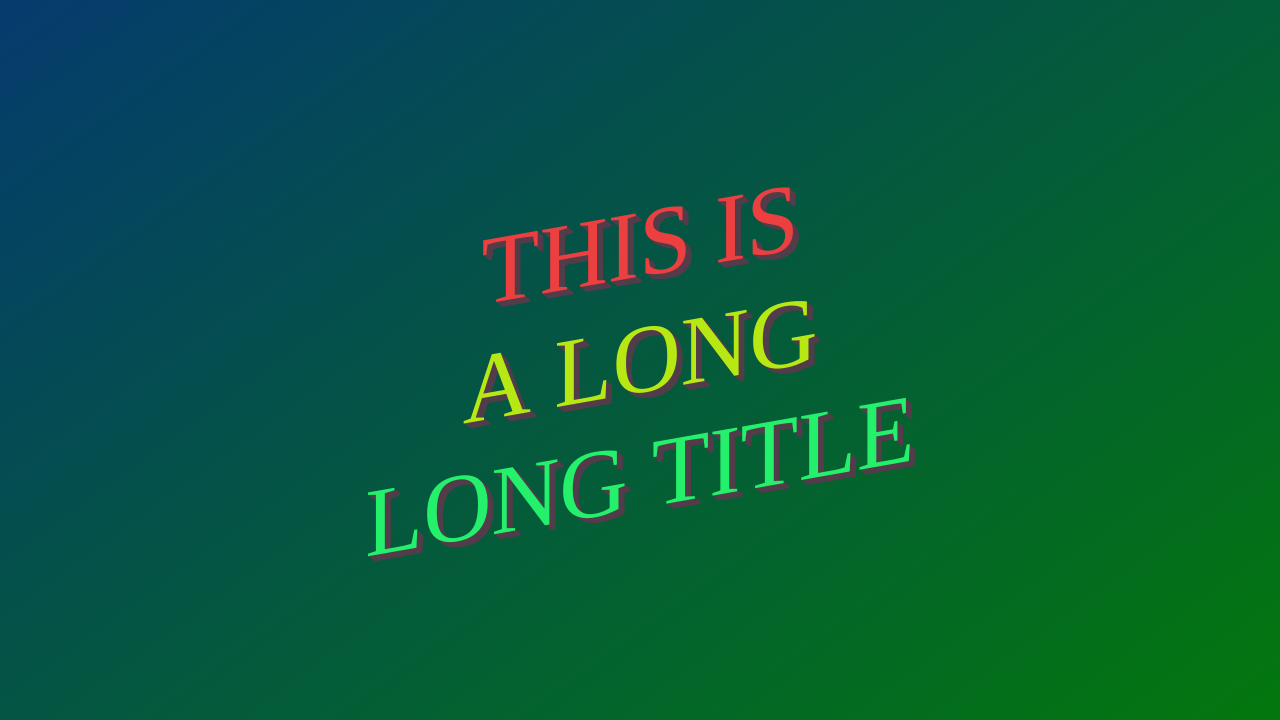
Repository: zuuo/--
Page: 文字入场动画1/index.html
The author's editor kept a copy of each file at every save. The page is drawn from the files as they stood at one save, then again after the next save.
The browser window is 1280 px wide. The pictures show the whole page.
The style sheet was rebuilt from its Sass, Less or Tailwind sources for each picture, by a compiler version that may differ from the author's.

Above is the page before, as saved 2024-03-03 21:17:33.

### 文字入场动画1/index.html
<!DOCTYPE html>
<html lang="en">

<head>
    <meta charset="UTF-8">
    <meta name="viewport" content="width=device-width, initial-scale=1.0">
    <title>文字入场动画1</title>
    <link rel="stylesheet" href="./style.css">
</head>

<body>
    <p class="title">THIS IS</p>
    <p class="title">A LONG</p>
    <p class="title">LONG TITLE</p>
</body>
<script src="index.js"></script>

</html>

### 文字入场动画1/index.js
const titleElements = document.querySelectorAll('.title');
titleElements.forEach(element => {
    let context = element.textContent;
    let spanElements = context.split('').map(letter => `<span>${letter.trim() ? letter : '&nbsp;'}</span>`).join('');
    element.innerHTML = spanElements;
});

### 文字入场动画1/style.less
body {
    padding: 0;
    margin: 0;
    background-image: linear-gradient(-36deg, #03770d, #053b6e);
    width: 100vw;
    height: 100vh;
    display: flex;
    justify-content: center;
    align-items: center;
    flex-direction: column;
    user-select: none;
}

.title {
    font-size: 96px;
    transform: rotate(-10deg);

    line-height: 1;
    margin: 10px 0;
    display: flex;

    &:nth-child(1) {
        color: #ec3f3f;
    }

    &:nth-child(2) {
        color: #b7e814;
    }

    &:nth-child(3) {
        color: #25f06c;
    }

    span {
        transform: skew(-10deg);
        text-shadow: 1px 1px #533d4a, 2px 2px #533d4a, 3px 3px #533d4a, 4px 4px #533d4a, 5px 5px #533d4a, 6px 6px #533d4a;
    }
}

After the next save:
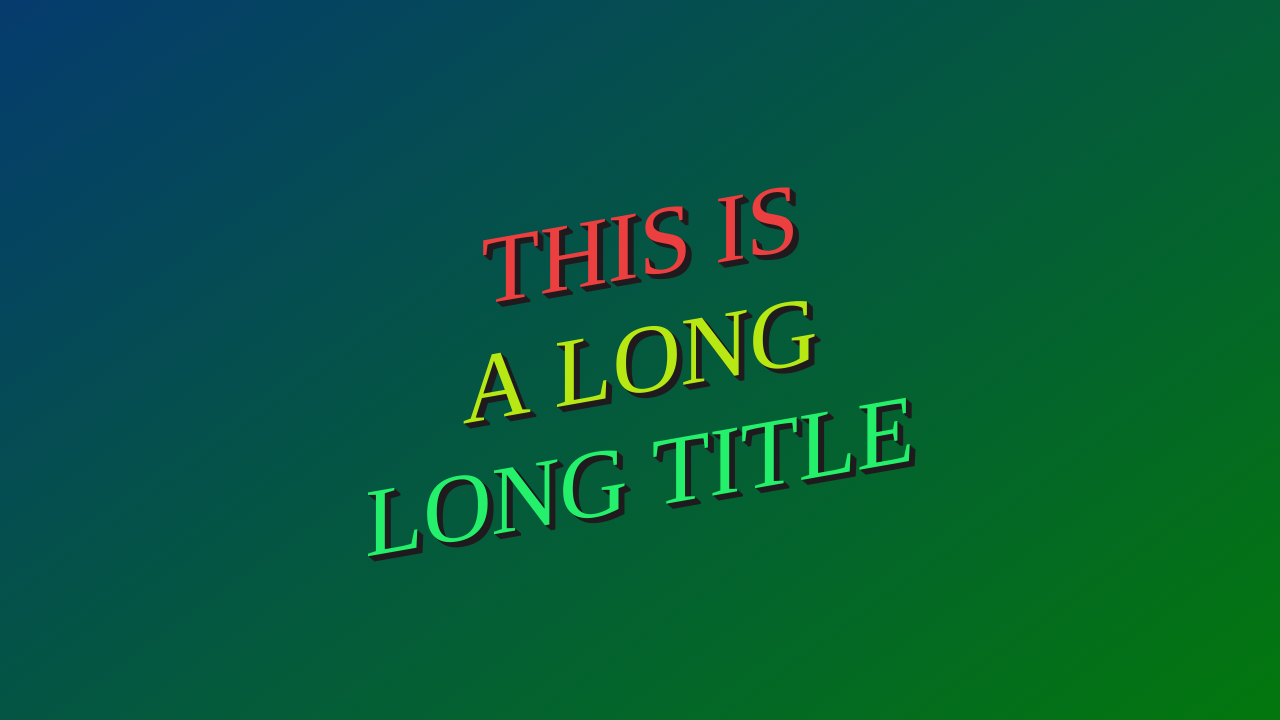
Saved 25 s later.
--- a/文字入场动画1/style.less
+++ b/文字入场动画1/style.less
@@ -33,6 +33,6 @@ body {
 
     span {
         transform: skew(-10deg);
-        text-shadow: 1px 1px #533d4a, 2px 2px #533d4a, 3px 3px #533d4a, 4px 4px #533d4a, 5px 5px #533d4a, 6px 6px #533d4a;
+        text-shadow: 1px 1px #201b1e, 2px 2px #201b1e, 3px 3px #201b1e, 4px 4px #201b1e, 5px 5px #201b1e, 6px 6px #201b1e;
     }
 }
